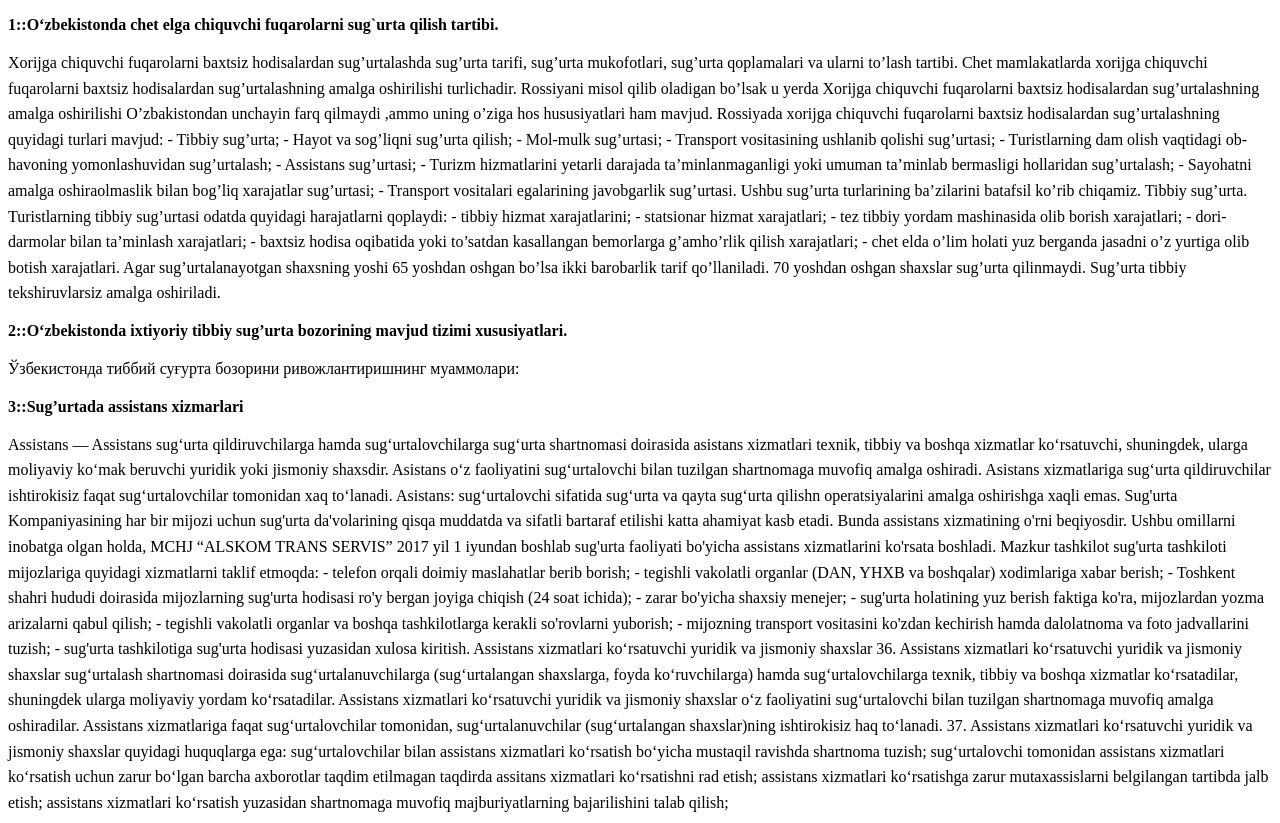
Repository: Ikromkhurozov/exam-inst
Page: index.html
The author's editor kept a copy of each file at every save. The page is drawn from the files as they stood at one save, then again after the next save.
The browser window is 1280 px wide. The pictures show the whole page.

Above is the page before, as saved 2023-05-21 15:05:29.

After the next save:
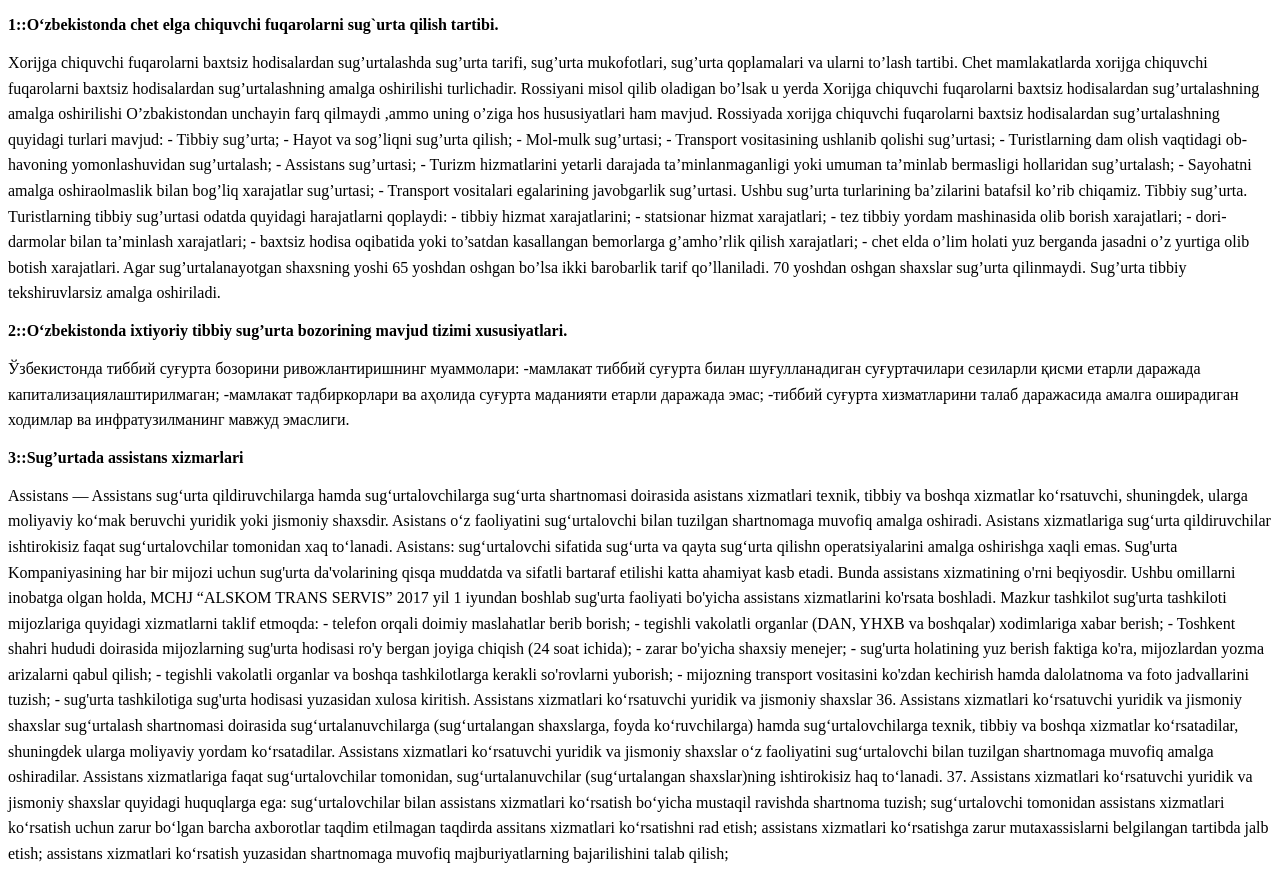
Saved 13 s later.
--- a/index.html
+++ b/index.html
@@ -57,6 +57,9 @@
     <h3>2::O‘zbekistonda ixtiyoriy tibbiy sugʼurta bozorining mavjud tizimi xususiyatlari.</h3>
     <div>
      Ўзбекистонда тиббий суғурта бозорини ривожлантиришнинг муаммолари:
+     -мамлакат тиббий суғурта билан шуғулланадиган суғуртачилари сезиларли қисми етарли даражада капитализациялаштирилмаган;
+-мамлакат тадбиркорлари ва  аҳолида суғурта маданияти етарли даражада эмас;
+-тиббий суғурта хизматларини талаб даражасида амалга оширадиган ходимлар ва инфратузилманинг мавжуд эмаслиги.
 
 
     </div>
